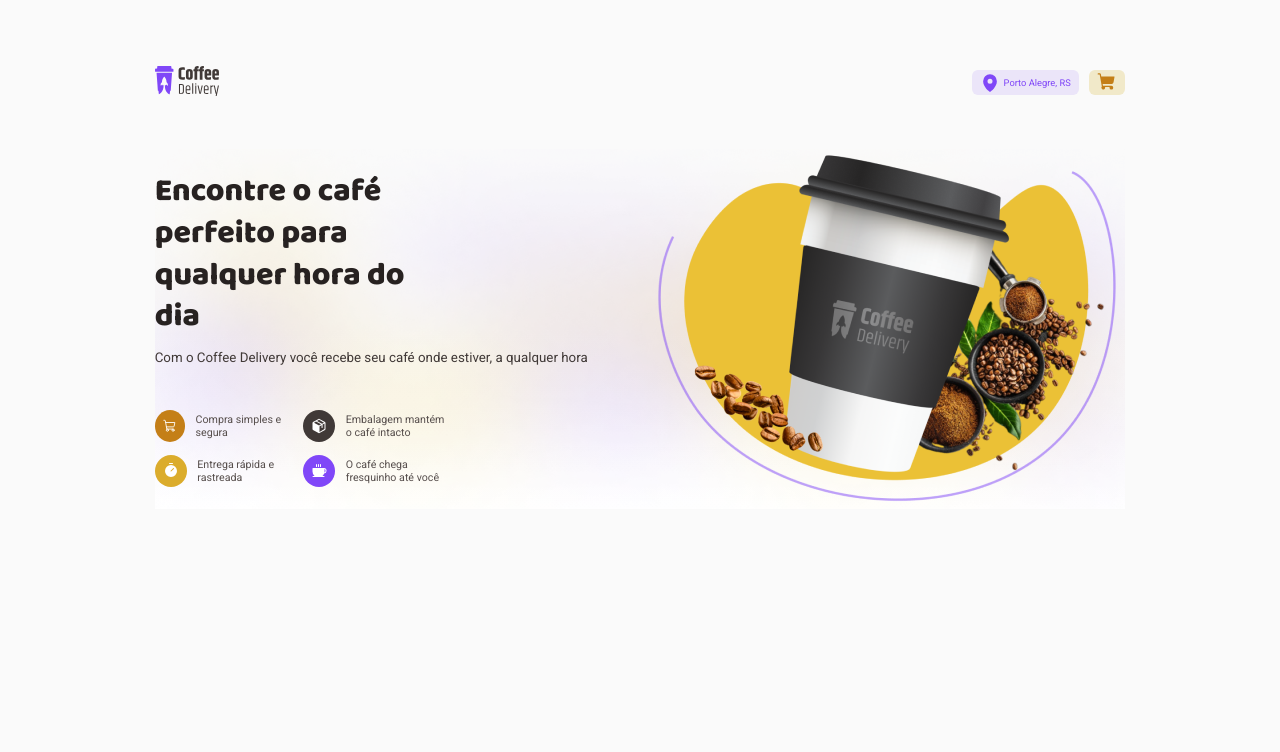
Repository: guilhermecardoso93/react-coffee-delivery
Page: /
These files come from the project's save history. The page is drawn as it stood at one moment and after the next save; the edit follows.
The browser window is 1280 px wide. The pictures show the whole page.
The project was rebuilt for these pictures with package versions that can differ from the ones it lists, and the page was loaded fresh each time. Also part of the build but not shown: vite.config.ts, src/pages/CompleteOrder/styles.ts, src/pages/CompleteOrder/index.tsx.

Above is the page before, as saved 2022-07-17 23:28:47.

After the next save:
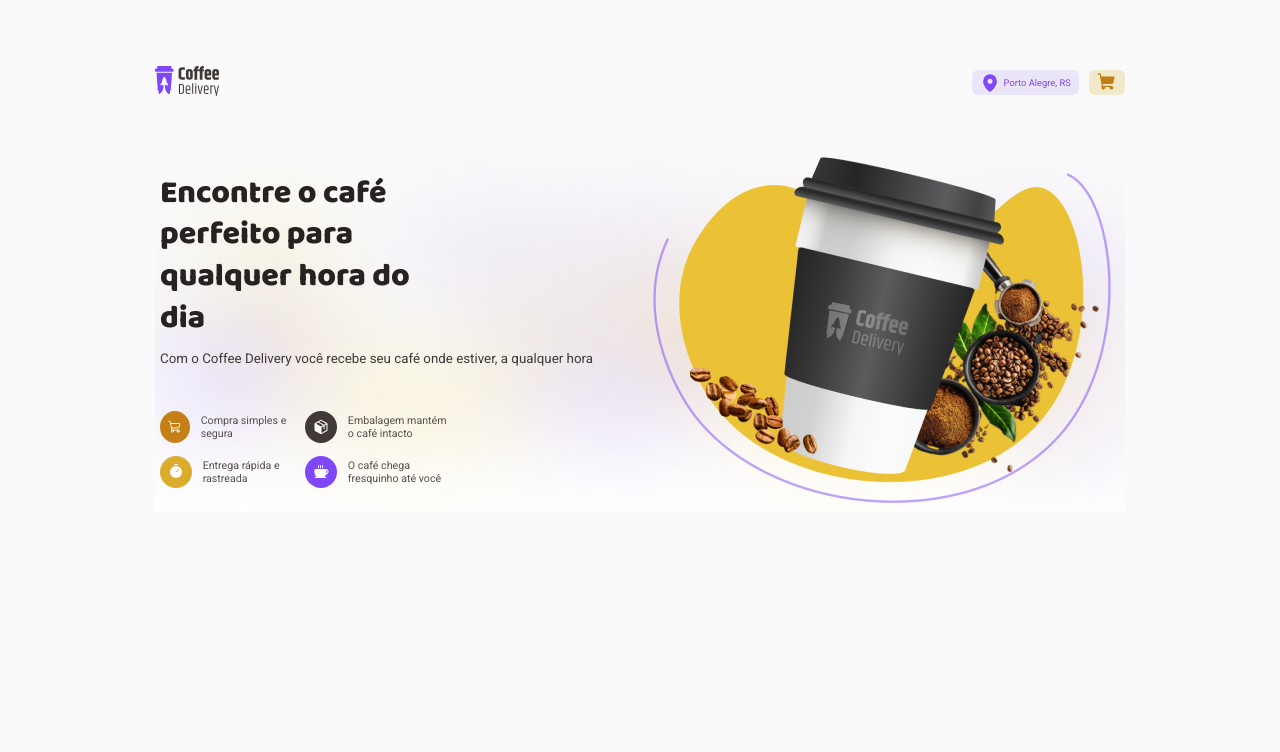
Saved 37 s later.
--- a/src/pages/Home/Intro/styles.ts
+++ b/src/pages/Home/Intro/styles.ts
@@ -10,7 +10,7 @@
 export const IntroContainer = styled.section`
   width: 100%;
   height: 34rem;
-  max-height: fit-content;
+  padding: 0.5rem;
   background: ${({ theme }) => `url(${background}) no-repeat center,
       linear-gradient(
         0deg,
